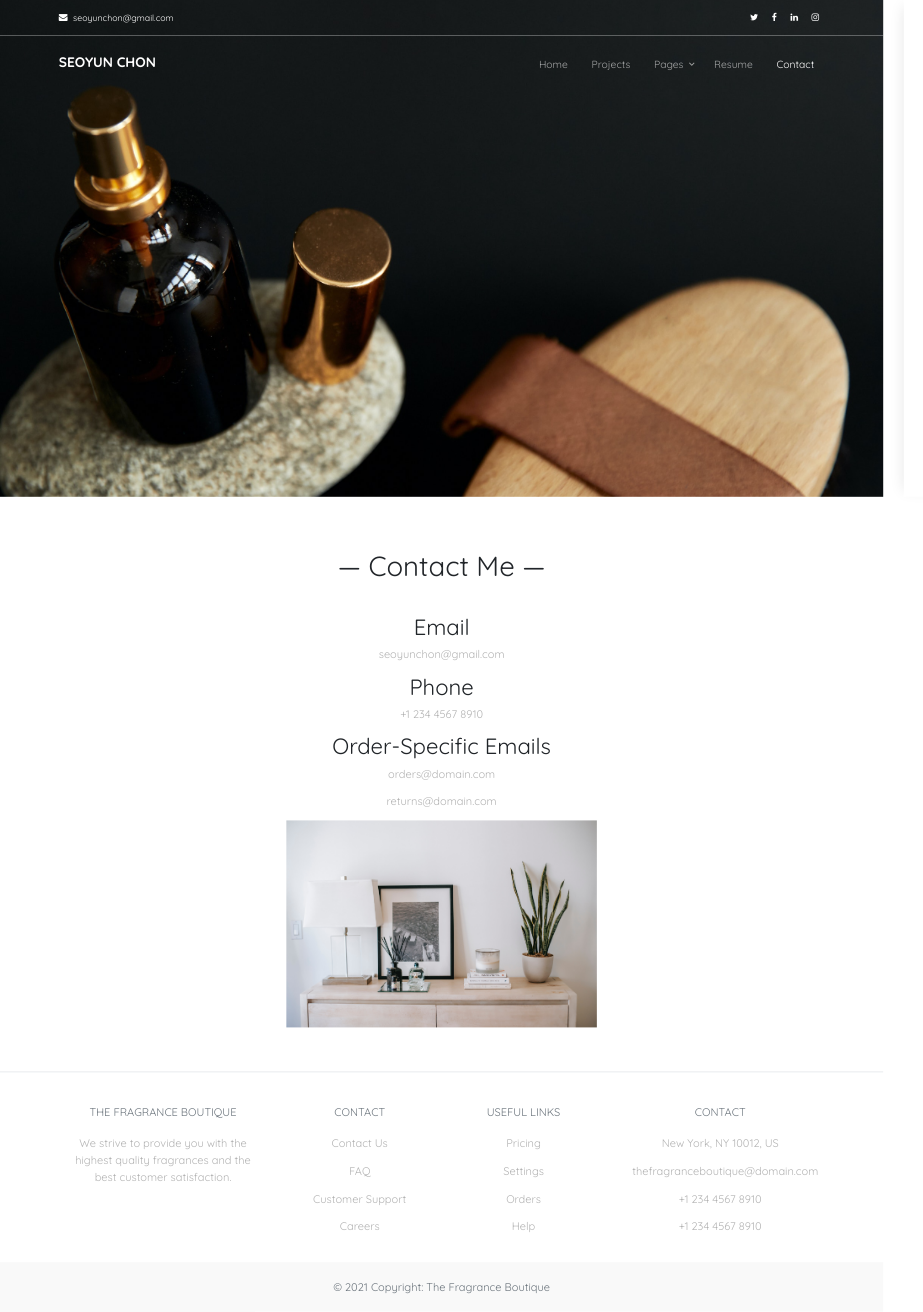
Repository: schon02/seoyun-chon-portfolio
Page: contact_page.html
The author's editor kept a copy of each file at every save. The page is drawn from the files as they stood at one save, then again after the next save.
The browser window is 1280 px wide. The page is 1338 px wide, so the pictures cover 1338 px, including what lies to the right of the window. The pictures show the whole page, at 69% of full size.

Above is the page before, as saved 2024-12-18 03:12:23.

### contact_page.html
<!DOCTYPE html>
<html>
    <head>
        <!-- <link href="style.css" rel="stylesheet" /> -->
        <!-- Required meta tags -->
        <meta charset="utf-8">
        <meta name="viewport" content="width=device-width, initial-scale=1, shrink-to-fit=no">

        <link href="https://fonts.googleapis.com/css?family=Quicksand:400,600,700&display=swap" rel="stylesheet">

        <link rel="stylesheet" href="fonts/icomoon/style.css">

        <link rel="stylesheet" href="css/owl.carousel.min.css">

        <!-- Bootstrap CSS -->
        <link rel="stylesheet" href="css/bootstrap.min.css">

        <!-- Style -->
        <link rel="stylesheet" href="css/style.css">

        <title>Contact Page</title>
    </head>

    <body>
        <!-- <header>
            <nav>
                <ul>
                    <li><a href="index.html">Home</a></li>
                    <li><a href="services_page.html">Services</a></li>
                    <li><a class="active" href="contact_page.html">Contact</a></li>
                </ul>
            </nav>
        </header> -->


        <div class="site-mobile-menu site-navbar-target">
            <div class="site-mobile-menu-header">
              <div class="site-mobile-menu-close mt-3">
                <span class="icon-close2 js-menu-toggle"></span>
              </div>
            </div>
            <div class="site-mobile-menu-body"></div>
          </div> <!-- .site-mobile-menu -->

        <div class="site-navbar-wrap">
            <div class="site-navbar-top">
              <div class="container py-3">
                <div class="row align-items-center">
                  <div class="col-6">
                    <div class="d-flex mr-auto">
                      <a href="#" class="d-flex align-items-center mr-4">
                        <span class="icon-envelope mr-2"></span>
                        <span class="d-none d-md-inline-block">seoyunchon@gmail.com</span>
                      </a>
                      <!-- <a href="#" class="d-flex align-items-center mr-auto">
                        <span class="icon-phone mr-2"></span>
                        <span class="d-none d-md-inline-block">+1 234 4567 8910</span>
                      </a> -->
                    </div>
                  </div>
                  <div class="col-6 text-right">
                    <div class="mr-auto">
                      <a href="#" class="p-2 pl-0"><span class="icon-twitter"></span></a>
                      <a href="#" class="p-2 pl-0"><span class="icon-facebook"></span></a>
                      <a href="https://www.linkedin.com/in/seoyun-chon/" class="p-2 pl-0"><span class="icon-linkedin"></span></a>
                      <a href="#" class="p-2 pl-0"><span class="icon-instagram"></span></a>
                    </div>

                  </div>
                </div>
              </div>
            </div>

            <div class="site-navbar site-navbar-target js-sticky-header">
              <div class="container">
                <div class="row align-items-center">
                  <div class="col-2">
                    <h1 class="my-0 site-logo"><a href="index.html">Seoyun&nbsp;Chon</a></h1>
                  </div>
                  <div class="col-10">
                    <nav class="site-navigation text-right" role="navigation">
                      <div class="container">
                        <div class="d-inline-block d-lg-none ml-md-0 mr-auto py-3"><a href="#" class="site-menu-toggle js-menu-toggle text-white"><span class="icon-menu h3"></span></a></div>

                        <ul class="site-menu main-menu js-clone-nav d-none d-lg-block">
                          <li><a href="index.html" class="nav-link">Home</a></li>
                          <li><a href="projects_page.html" class="nav-link">Projects</a></li>
                          <li class="has-children">
                            <a href="#" class="nav-link">Pages</a>
                            <ul class="dropdown arrow-top">
                              <li><a href="#" class="nav-link">Team</a></li>
                              <li><a href="#" class="nav-link">Pricing</a></li>
                              <li><a href="#" class="nav-link">FAQ</a></li>
                              <li class="has-children">
                                <a href="#">More Links</a>
                                <ul class="dropdown">
                                  <li><a href="#">Menu One</a></li>
                                  <li><a href="#">Menu Two</a></li>
                                  <li><a href="#">Menu Three</a></li>
                                </ul>
                              </li>
                            </ul>
                          </li>
                          <!-- <li><a href="#about-section" class="nav-link">About</a></li> -->
                          <li><a href="resume_page.html" class="nav-link">Resume</a></li>
                          <!-- <li><a href="#gallery-section" class="nav-link">Gallery</a></li> -->
                          <li class="active"><a href="contact_page.html" class="active">Contact</a></li>
                        </ul>
                      </div>
                    </nav>
                  </div>
                </div>
              </div>
            </div>
          </div>

          <div class="hero" style="background-image: url('images/black-bathroom-contact.jpg');"></div>

        <!-- <div class="contactImage">
            <div class="welcomeText">
                <h1>Contact</h1>
            </div>
        </div> -->

        <div class="text-center" style="padding-top: 2cm;">
            <h1>— Contact Me —</h1>
            <h2 style="padding-top: 1cm;">Email</h2>
            <p>seoyunchon@gmail.com</p>
            <h2>Phone</h2>
            <p>+1 234 4567 8910</p>
            <h2>Order-Specific Emails</h2>
            <p>orders@domain.com</p>
            <p>returns@domain.com</p>
            <p><img src="images/white-livingroom-contact.jpg"
                 style="width:450px;"></p>
        </div>

    <script src="js/jquery-3.3.1.min.js"></script>
    <script src="js/popper.min.js"></script>
    <script src="js/bootstrap.min.js"></script>
    <script src="js/jquery.sticky.js"></script>
    <script src="js/main.js"></script>

    </body>


<!-- Footer -->
<footer class="text-center text-lg-start bg-white text-muted">
    <!-- Section: Social media -->
    <section class="d-flex justify-content-center justify-content-lg-between p-4 border-bottom">
      <!-- Left -->
      <!-- <div class="me-5 d-none d-lg-block">
        <span>Get connected with us on social networks:</span>
      </div> -->
      <!-- Left -->

      <!-- Right -->
      <!-- <div>
        <a href="" class="me-4 link-secondary">
          <i class="fab fa-facebook-f"></i>
        </a>
        <a href="" class="me-4 link-secondary">
          <i class="fab fa-twitter"></i>
        </a>
        <a href="" class="me-4 link-secondary">
          <i class="fab fa-google"></i>
        </a>
        <a href="" class="me-4 link-secondary">
          <i class="fab fa-instagram"></i>
        </a>
        <a href="" class="me-4 link-secondary">
          <i class="fab fa-linkedin"></i>
        </a>
        <a href="" class="me-4 link-secondary">
          <i class="fab fa-github"></i>
        </a>
      </div> -->
      <!-- Right -->
    </section>
    <!-- Section: Social media -->

    <!-- Section: Links  -->
    <section class="">
      <div class="container text-center text-md-start mt-5">
        <!-- Grid row -->
        <div class="row mt-3">
          <!-- Grid column -->
          <div class="col-md-3 col-lg-4 col-xl-3 mx-auto mb-4">
            <!-- Content -->
            <h6 class="text-uppercase fw-bold mb-4">
              <i class="fas fa-gem me-3 text-secondary"></i>The Fragrance Boutique
            </h6>
            <p>
              We strive to provide you with the highest quality fragrances and
              the best customer satisfaction.
            </p>
          </div>
          <!-- Grid column -->

          <!-- Grid column -->
          <div class="col-md-2 col-lg-2 col-xl-2 mx-auto mb-4">
            <!-- Links -->
            <h6 class="text-uppercase fw-bold mb-4">
              Contact
            </h6>
            <p>
              <a href="#!" class="text-reset">Contact Us</a>
            </p>
            <p>
              <a href="#!" class="text-reset">FAQ</a>
            </p>
            <p>
              <a href="#!" class="text-reset">Customer Support</a>
            </p>
            <p>
              <a href="#!" class="text-reset">Careers</a>
            </p>
          </div>
          <!-- Grid column -->

          <!-- Grid column -->
          <div class="col-md-3 col-lg-2 col-xl-2 mx-auto mb-4">
            <!-- Links -->
            <h6 class="text-uppercase fw-bold mb-4">
              Useful links
            </h6>
            <p>
              <a href="#!" class="text-reset">Pricing</a>
            </p>
            <p>
              <a href="#!" class="text-reset">Settings</a>
            </p>
            <p>
              <a href="#!" class="text-reset">Orders</a>
            </p>
            <p>
              <a href="#!" class="text-reset">Help</a>
            </p>
          </div>
          <!-- Grid column -->

          <!-- Grid column -->
          <div class="col-md-4 col-lg-3 col-xl-3 mx-auto mb-md-0 mb-4">
            <!-- Links -->
            <h6 class="text-uppercase fw-bold mb-4">Contact</h6>
            <p><i class="fas fa-home me-3 text-secondary"></i> New York, NY 10012, US</p>
            <p>
              <i class="fas fa-envelope me-3 text-secondary"></i>
              thefragranceboutique@domain.com
            </p>
            <p><i class="fas fa-phone me-3 text-secondary"></i>+1 234 4567 8910</p>
            <p><i class="fas fa-print me-3 text-secondary"></i>+1 234 4567 8910</p>
          </div>
          <!-- Grid column -->
        </div>
        <!-- Grid row -->
      </div>
    </section>
    <!-- Section: Links  -->

    <!-- Copyright -->
    <div class="text-center p-4" style="background-color: rgba(0, 0, 0, 0.025);">
      © 2021 Copyright:
      <a class="text-reset fw-bold" href="https://mdbootstrap.com/">The Fragrance Boutique</a>
    </div>
    <!-- Copyright -->
  </footer>
<!-- Footer -->


</html>

Loaded but not shown: fonts/icomoon/style.css (common file); css/owl.carousel.min.css (library); css/bootstrap.min.css (library); js/jquery-3.3.1.min.js (library); js/popper.min.js (library); js/bootstrap.min.js (library); js/jquery.sticky.js (library); js/main.js (87 lines, source omitted); css/style.css (448 lines, source omitted)

After the next save:
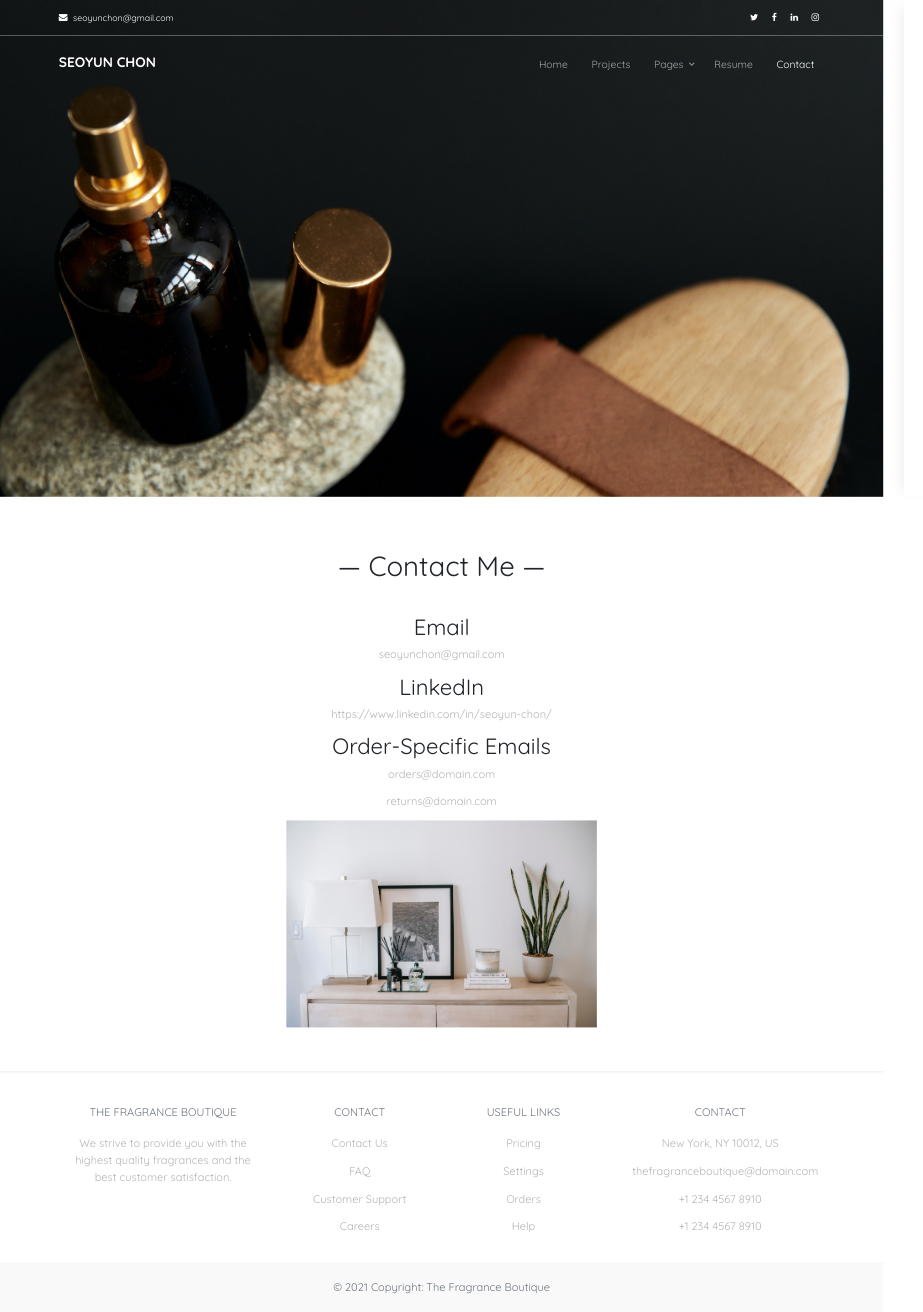
Saved 72 s later.
--- a/contact_page.html
+++ b/contact_page.html
@@ -126,8 +126,8 @@
             <h1>— Contact Me —</h1>
             <h2 style="padding-top: 1cm;">Email</h2>
             <p>seoyunchon@gmail.com</p>
-            <h2>Phone</h2>
-            <p>+1 234 4567 8910</p>
+            <h2>LinkedIn</h2>
+            <p>https://www.linkedin.com/in/seoyun-chon/</p>
             <h2>Order-Specific Emails</h2>
             <p>orders@domain.com</p>
             <p>returns@domain.com</p>
